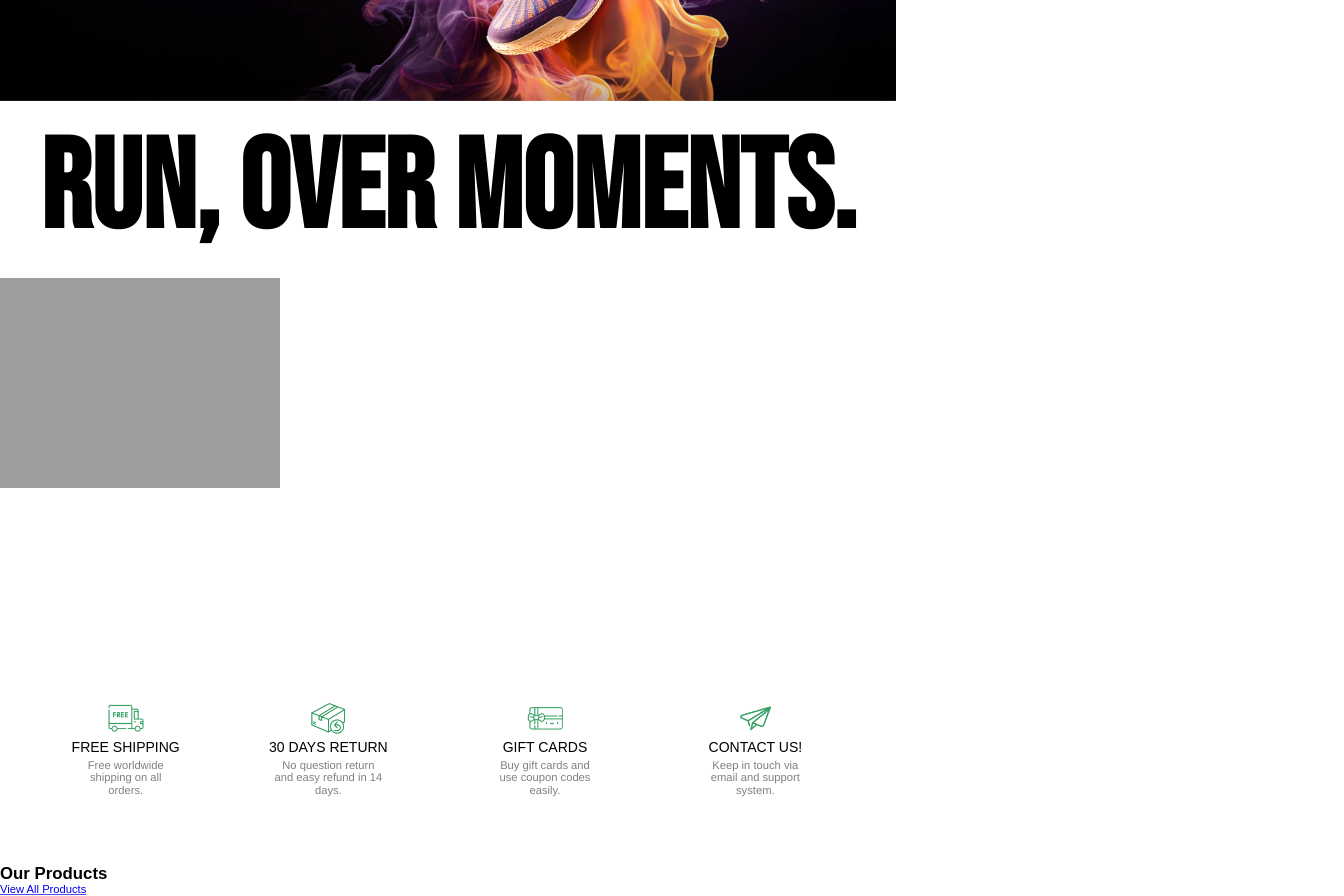
Repository: bluemoonsunshine/E-commerce-Website-Runova
Page: index.html
These files come from the project's save history. The page is drawn as it stood at one moment and after the next save; the edit follows.
The browser window is 1280 px wide. The page is 1920 px wide, so the pictures cover 1920 px, including what lies to the right of the window. The pictures show the part of the page from y = 1743 to 3023 px (the page is 3023 px tall), at 70% of full size.
Pictures or frames that could not be fetched are drawn as grey boxes. Some web fonts or font styles are not loaded; a fallback is used.

Above is the page before, as saved 2024-09-25 20:16:47.

After the next save:
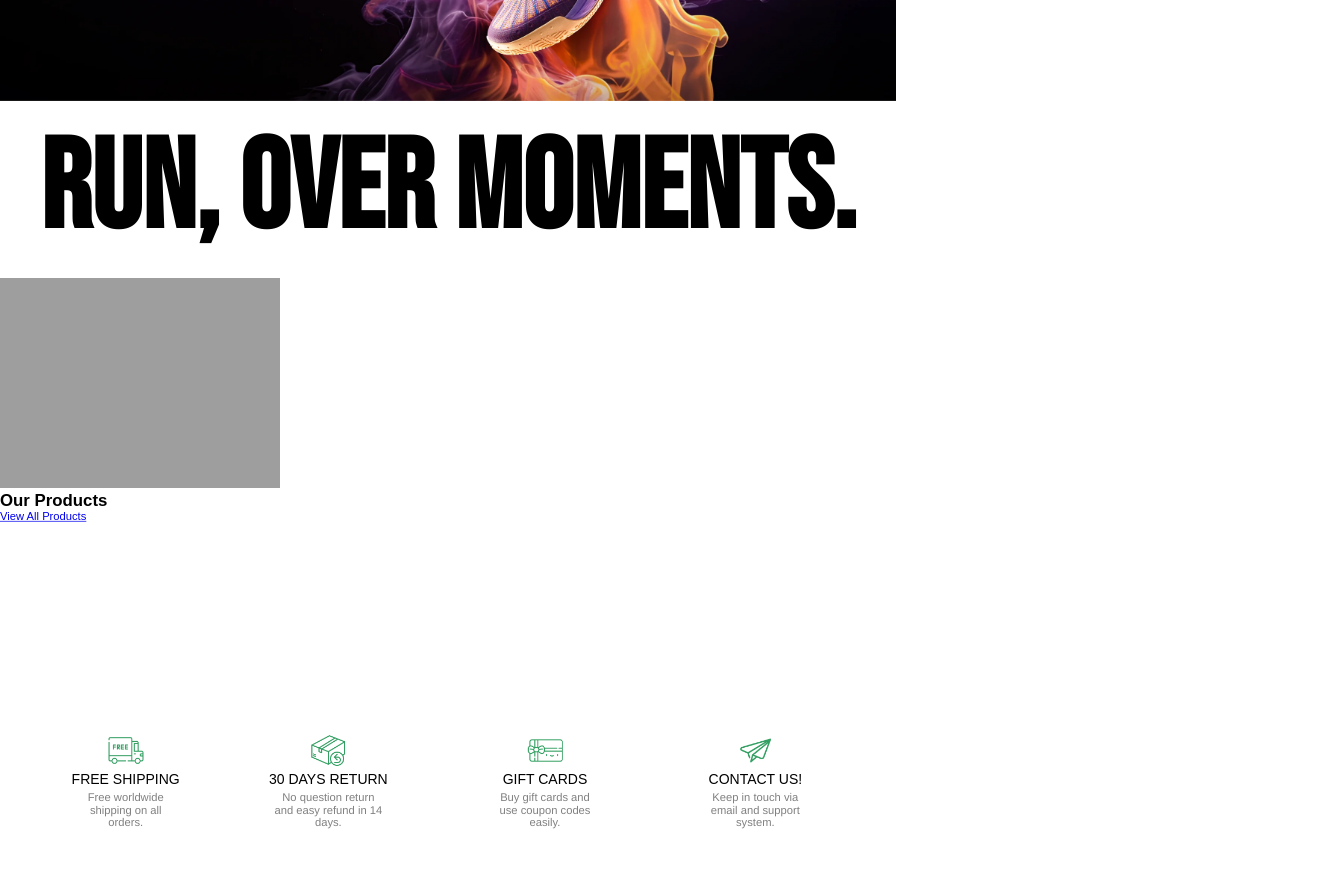
Saved 13 s later.
--- a/index.html
+++ b/index.html
@@ -57,6 +57,24 @@
       </video>
     </div>
 
+
+
+
+
+
+    <div id="products" class="product-section">
+      <h2 class="section-title">Our Products</h2>
+      <div class="product-grid">
+      </div>
+      <a href="all-products-page-link" class="view-all-btn">View All Products</a>
+    </div>
+
+
+
+
+    <script src="app.js"></script>
+  </body>
+</html>
     <div class="features">
       <div class="feature">
         <img src="logo/shipping.png" alt="" class="featureIcon" />
@@ -85,20 +103,3 @@
         >
       </div>
     </div>
-
-
-
-
-    <div id="products" class="product-section">
-      <h2 class="section-title">Our Products</h2>
-      <div class="product-grid">
-      </div>
-      <a href="all-products-page-link" class="view-all-btn">View All Products</a>
-    </div>
-
-
-
-
-    <script src="app.js"></script>
-  </body>
-</html>
